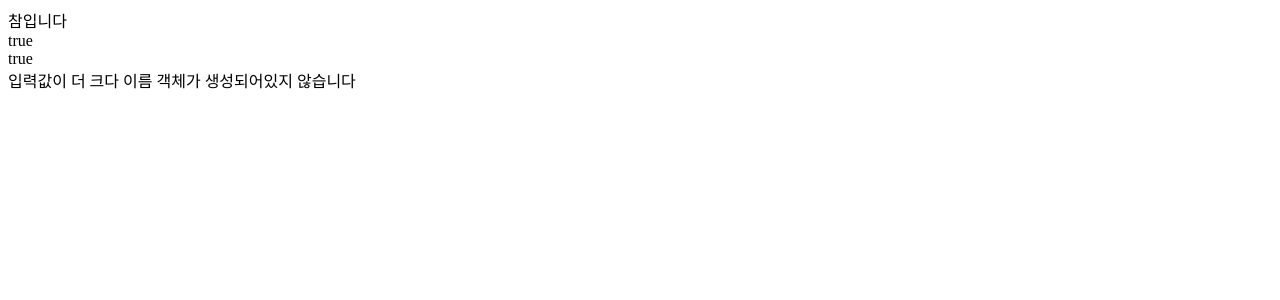
Repository: Rysdne/01_Java
Page: http://localhost/membermvc2_test/jstltest/if.jsp
The author's editor kept a copy of each file at every save. The page is drawn from the files as they stood at one save, then again after the next save.
The browser window is 1280 px wide. The pictures show the whole page.
The page is served by Tomcat 9. Other server files are loaded and not shown.

Above is the page before, as saved 2022-07-15 01:27:07.

### membermvc2_test/src/main/webapp/jstltest/if.jsp
<%@ page language="java" contentType="text/html; charset=UTF-8"
    pageEncoding="UTF-8"%>
<%@ taglib prefix="c" uri="http://java.sun.com/jsp/jstl/core"%>

<c:if test="${1>0}">
참입니다<br>
</c:if>

<c:if test="${1>0}" var="result">
${result}<br>
</c:if>

<c:if test="${1>0}" var="result">
</c:if>
${result}<br>


<%--${ } 안에서는 미리 선언된 변수를 사용할 수 있음 --%>
<c:set var="input1" value="30"/>
<c:if test="${input1>20}">
입력값이 더 크다
</c:if>

<%-- 객체가 비어 있는 경우 --%>
<%
String name=null;
String title="";
request.setAttribute("name",name);
request.setAttribute("title",title);

%>
<c:if test="${empty name}">
이름 객체가 생성되어있지 않습니다<br>
</c:if>

After the next save:
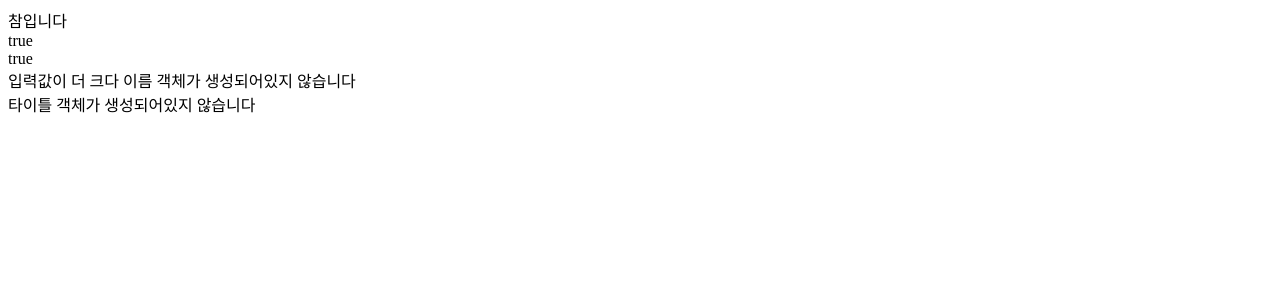
Saved 17 s later.
--- a/membermvc2_test/src/main/webapp/jstltest/if.jsp
+++ b/membermvc2_test/src/main/webapp/jstltest/if.jsp
@@ -32,3 +32,7 @@ request.setAttribute("title",title);
 <c:if test="${empty name}">
 이름 객체가 생성되어있지 않습니다<br>
 </c:if>
+
+<c:if test="${empty title}">
+타이틀 객체가 생성되어있지 않습니다<br>
+</c:if>
